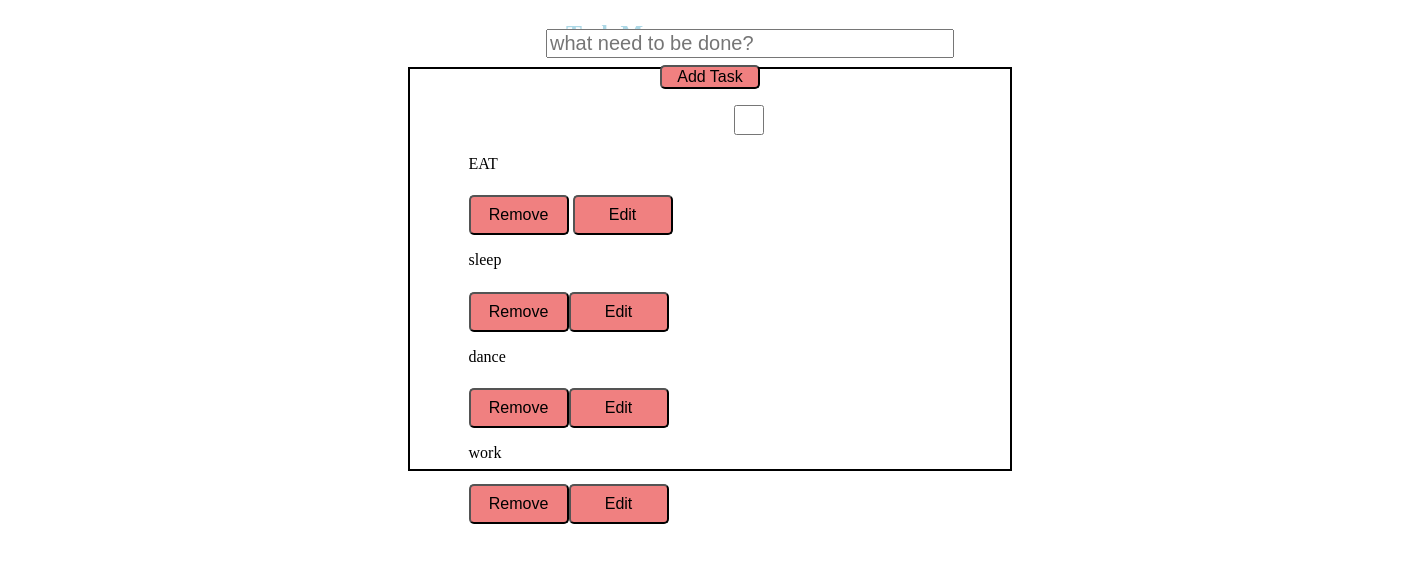
Repository: sristigupta04/basic-js-project
Page: todo app/title.html
These files come from the project's save history. The page is drawn as it stood at one moment and after the next save; the edit follows.
The browser window is 1280 px wide. The page is 1280 px wide, then 1418 px, so the pictures cover 1418 px, including what lies to the right of the window. The pictures show the whole page.

Above is the page before, as saved 2025-10-28 18:44:32.

After the next save:
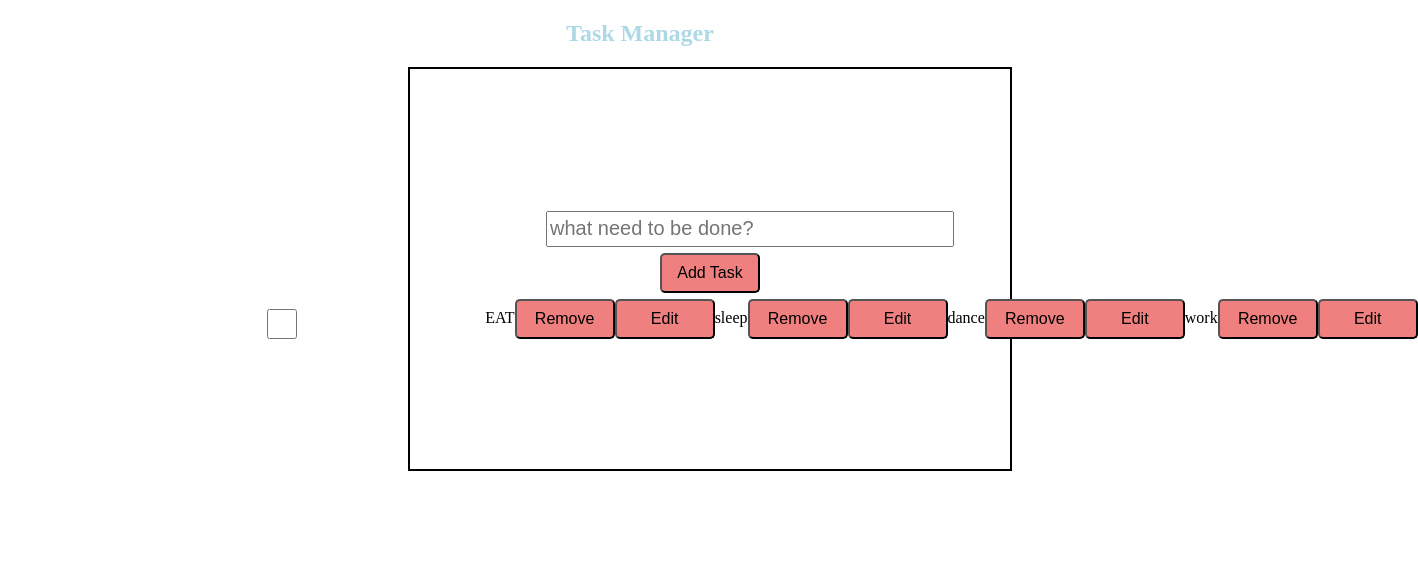
Saved 33 s later.
--- a/todo app/title.css
+++ b/todo app/title.css
@@ -42,3 +42,7 @@ display: flex;
     cursor: pointer;
 
 }
+.row{
+    display: flex;
+    ;
+}
